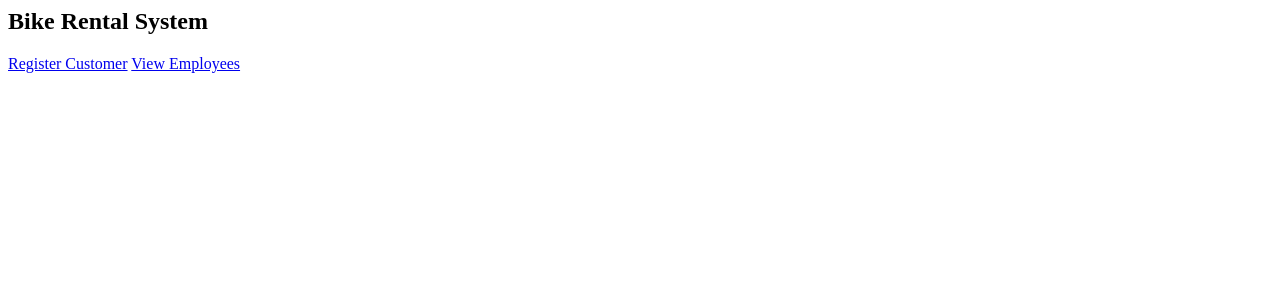
Repository: Nuthan12/Bike-Rental-System
Page: http://localhost/Bike_Rental_System/
An editor plug-in stored every save of this project. The page is shown before and after the next save, followed by the edit.
The browser window is 1280 px wide. The pictures show the whole page.
The page is served by Tomcat 9.

Above is the page before, as saved 2023-05-05 09:28:15.

After the next save:
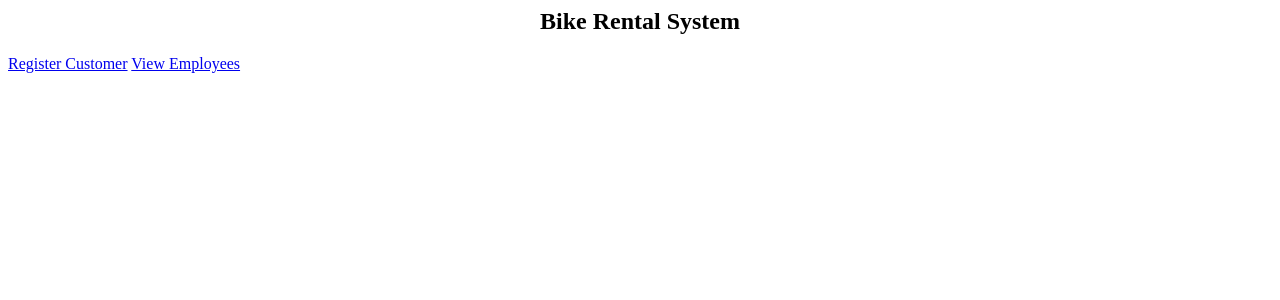
Saved 27 s later.
--- a/Bike_Rental_System/src/main/webapp/index.jsp
+++ b/Bike_Rental_System/src/main/webapp/index.jsp
@@ -5,7 +5,10 @@
 	</title>
 </head>
 <body>
-<h2>Bike Rental System</h2>
+<center>
+	<h2>Bike Rental System</h2>
+</center>
+
 <a href="customerRegistrationForm">Register Customer</a>
 <a href="viewCustomers">View Employees</a>
 </body>
